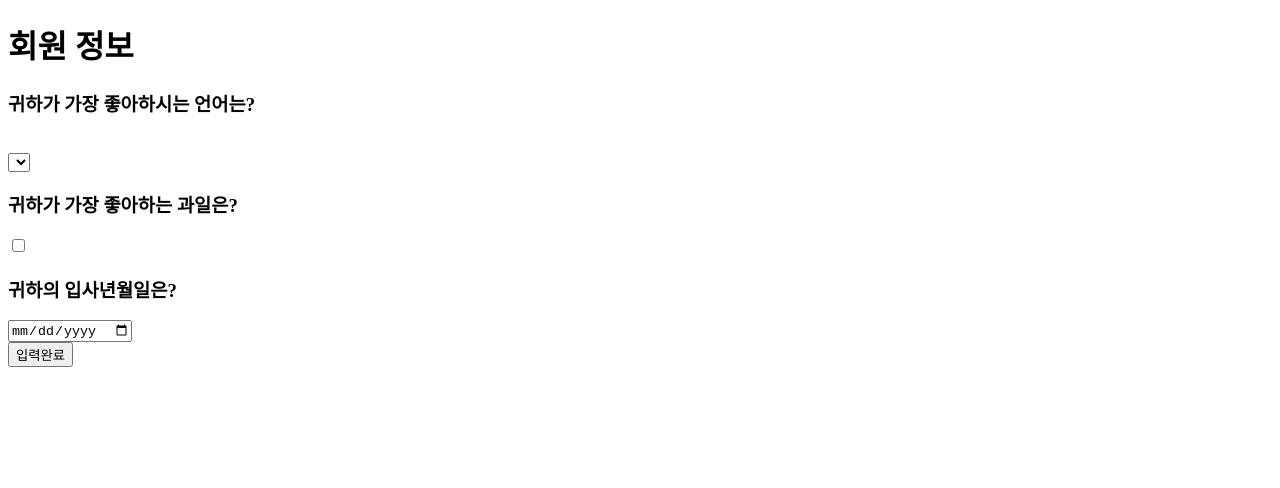
Repository: tmznf963/SIST-E-JSP
Page: 1029/WebContent/userinfo.html
An editor plug-in stored every save of this project. The page is shown before and after the next save, followed by the edit.
The browser window is 1280 px wide. The pictures show the whole page.

Above is the page before, as saved 2018-10-29 07:53:26.

### 1029/WebContent/userinfo.html
<!DOCTYPE html>
<html>
<head>
<meta charset="UTF-8">
<title>회원정보</title>
</head>
<body>
	<h1>회원 정보</h1>
	<form>
	<h3>귀하가 가장 좋아하시는 언어는?</h3><br>
	<select>
	</select><br>
	<h3>귀하가 가장 좋아하는 과일은?</h3>
	<input type="checkbox" name="" value=""><br>
	<h3>귀하의 입사년월일은?</h3>
	<input type="date" name=""><br>
	<input type="submit" value="입력완료">
	</form>
</body>
</html>

After the next save:
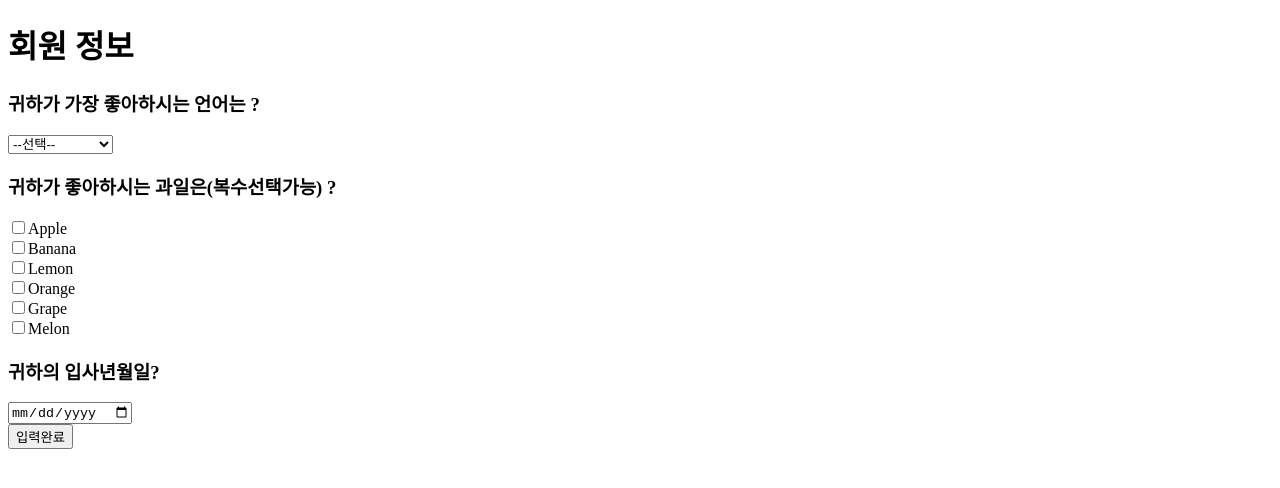
Saved 16 min 41 s later.
--- a/1029/WebContent/userinfo.html
+++ b/1029/WebContent/userinfo.html
@@ -1,20 +1,32 @@
 <!DOCTYPE html>
 <html>
 <head>
-<meta charset="UTF-8">
-<title>회원정보</title>
+	<meta charset="utf-8">
+	<title>회원정보</title>
 </head>
 <body>
 	<h1>회원 정보</h1>
-	<form>
-	<h3>귀하가 가장 좋아하시는 언어는?</h3><br>
-	<select>
-	</select><br>
-	<h3>귀하가 가장 좋아하는 과일은?</h3>
-	<input type="checkbox" name="" value=""><br>
-	<h3>귀하의 입사년월일은?</h3>
-	<input type="date" name=""><br>
-	<input type="submit" value="입력완료">
+	<form action="/1029/userinfo.jsp">
+		<h3>귀하가 가장 좋아하시는 언어는 ? </h3>
+		<select name="bestlanguage">
+			<option>--선택--</option>
+			<option value="Java">Java</option>
+			<option value="VB">Visual Basic</option>
+			<option value="Delphi">Delphi</option>
+			<option value="PB">Power Builder</option>
+			<option value="C_C++">C/C++</option>
+			<option value="Python">Python</option>
+		</select><br />
+		<h3>귀하가 좋아하시는 과일은(복수선택가능) ? </h3>
+		<input type="checkbox" name="fruits" value="Apple">Apple<br />
+		<input type="checkbox" name="fruits" value="Banana">Banana<br />
+		<input type="checkbox" name="fruits" value="Lemon">Lemon<br />
+		<input type="checkbox" name="fruits" value="Orange">Orange<br />
+		<input type="checkbox" name="fruits" value="Grape">Grape<br />
+		<input type="checkbox" name="fruits" value="Melon">Melon<br />
+		<h3>귀하의 입사년월일? </h3>
+		<input type="date" name="hiredate"><br />
+		<input type="submit" value="입력완료">
 	</form>
 </body>
 </html>
